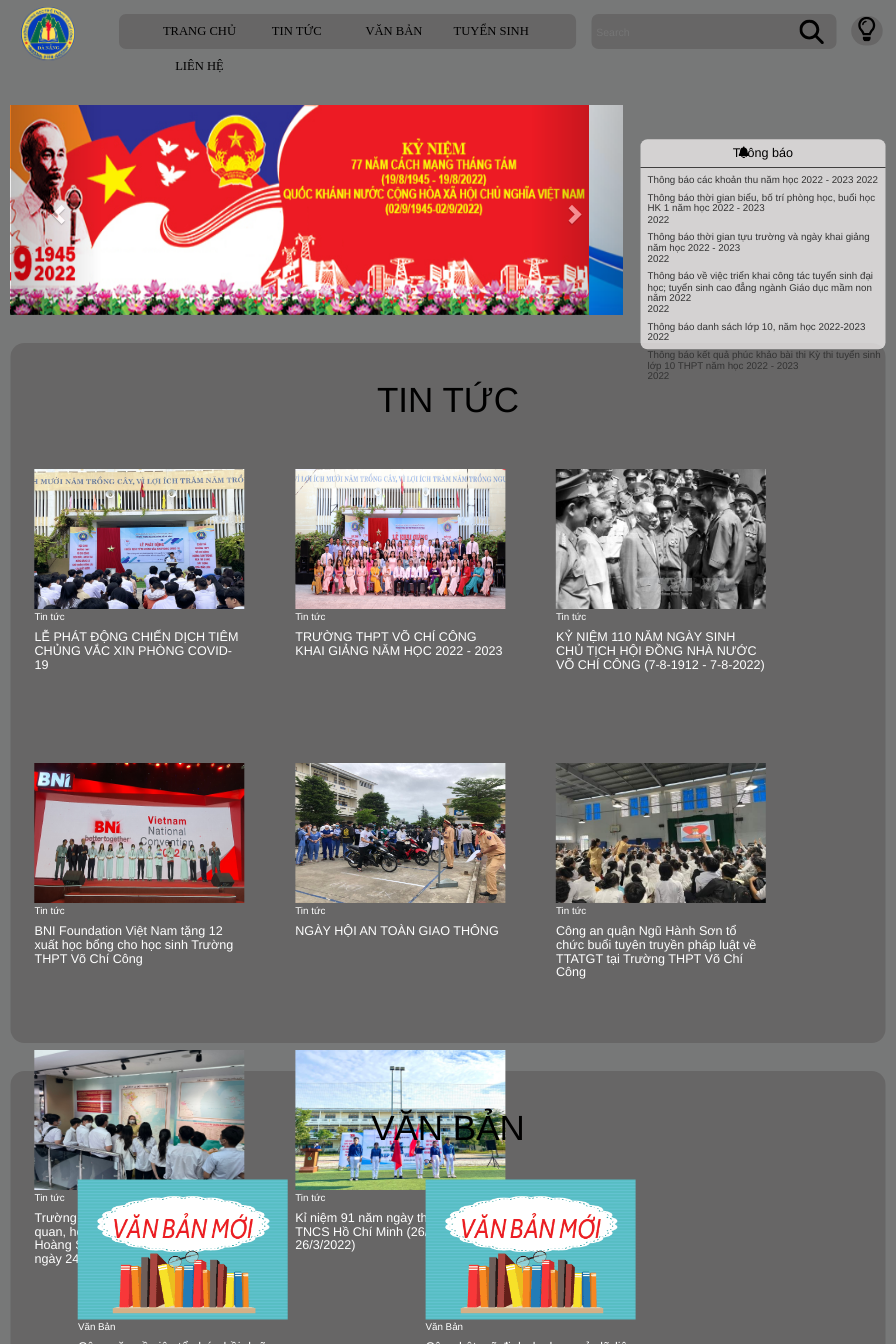
Repository: dphasst17/THPTVCC
Page: index.html
These files come from the project's save history. The page is drawn as it stood at one moment and after the next save; the edit follows.
The browser window is 1280 px wide. The pictures show the part of the page from y = 0 to 1920 px (the page is 3420 px tall), at 70% of full size.

Above is the page before, as saved 2022-10-12 19:26:51.

### index.html
<!DOCTYPE html>
<html lang="en">
<head>
    <meta charset="UTF-8">
    <meta http-equiv="X-UA-Compatible" content="IE=edge">
    <meta name="viewport" content="width=device-width, initial-scale=1.0">
    <link rel="stylesheet" href="https://maxcdn.bootstrapcdn.com/bootstrap/3.4.1/css/bootstrap.min.css">
    <script src="https://ajax.googleapis.com/ajax/libs/jquery/3.6.0/jquery.min.js"></script>
    <script src="https://maxcdn.bootstrapcdn.com/bootstrap/3.4.1/js/bootstrap.min.js"></script>
    <script src="index.js"></script>
    <link rel="stylesheet" href="style.css">
    <title>Document</title>
</head>
<body>
    <header>
        <div class="logo">
            <a href="#">
                <img src="img/logo.png" alt="">
            </a>
        </div>
        <div class="nav">
            <ul>
                <li><a href="./index.html">TRANG CHỦ</a></li>
                <li><a href="./new/new.html">TIN TỨC</a></li>
                <li><a href="./document/document.html">VĂN BẢN</a></li>
                <li><a href="./admissions/admissions.html">TUYỂN SINH</a></li>
                <li><a href="#contact">LIÊN HỆ</a></li>
            </ul>
        </div>
        <div class="search">
            <input placeholder="Search" spellCheck="false"/>
            <div class="icon-search">
                <svg xmlns="http://www.w3.org/2000/svg" viewBox="0 0 512 512"><path d="M416 208c0 45.9-14.9 88.3-40 122.7L502.6 457.4c12.5 12.5 12.5 32.8 0 45.3s-32.8 12.5-45.3 0L330.7 376c-34.4 25.2-76.8 40-122.7 40C93.1 416 0 322.9 0 208S93.1 0 208 0S416 93.1 416 208zM208 352c79.5 0 144-64.5 144-144s-64.5-144-144-144S64 128.5 64 208s64.5 144 144 144z"strokeWidth="4" stroke="#fff"/></svg>
            </div>
        </div>
        <div class="user">
            <svg xmlns="http://www.w3.org/2000/svg" viewBox="0 0 448 512">
                <path d="M224 256c70.7 0 128-57.3 128-128S294.7 0 224 0S96 57.3 96 128s57.3 128 128 128zm-45.7 48C79.8 304 0 383.8 0 482.3C0 498.7 13.3 512 29.7 512H418.3c16.4 0 29.7-13.3 29.7-29.7C448 383.8 368.2 304 269.7 304H178.3z"/>
            </svg>
            <div class="user_infor">
                <a href="./login.html">Login</a>
            </div>
        </div>
        <div class="dark_mode">
            <div>
                <button id="dark">
                    <svg xmlns="http://www.w3.org/2000/svg" viewBox="0 0 384 512">
                        <path d="M272 384c9.6-31.9 29.5-59.1 49.2-86.2l0 0c5.2-7.1 10.4-14.2 15.4-21.4c19.8-28.5 31.4-63 31.4-100.3C368 78.8 289.2 0 192 0S16 78.8 16 176c0 37.3 11.6 71.9 31.4 100.3c5 7.2 10.2 14.3 15.4 21.4l0 0c19.8 27.1 39.7 54.4 49.2 86.2H272zM192 512c44.2 0 80-35.8 80-80V416H112v16c0 44.2 35.8 80 80 80zM112 176c0 8.8-7.2 16-16 16s-16-7.2-16-16c0-61.9 50.1-112 112-112c8.8 0 16 7.2 16 16s-7.2 16-16 16c-44.2 0-80 35.8-80 80z"/>
                    </svg>
                </button>
            </div>
            <div>
                <button id="light">
                    <svg xmlns="http://www.w3.org/2000/svg" viewBox="0 0 384 512">
                        <path d="M112.1 454.3c0 6.297 1.816 12.44 5.284 17.69l17.14 25.69c5.25 7.875 17.17 14.28 26.64 14.28h61.67c9.438 0 21.36-6.401 26.61-14.28l17.08-25.68c2.938-4.438 5.348-12.37 5.348-17.7L272 415.1h-160L112.1 454.3zM192 0C90.02 .3203 16 82.97 16 175.1c0 44.38 16.44 84.84 43.56 115.8c16.53 18.84 42.34 58.23 52.22 91.45c.0313 .25 .0938 .5166 .125 .7823h160.2c.0313-.2656 .0938-.5166 .125-.7823c9.875-33.22 35.69-72.61 52.22-91.45C351.6 260.8 368 220.4 368 175.1C368 78.8 289.2 .0039 192 0zM288.4 260.1c-15.66 17.85-35.04 46.3-49.05 75.89h-94.61c-14.01-29.59-33.39-58.04-49.04-75.88C75.24 236.8 64 206.1 64 175.1C64 113.3 112.1 48.25 191.1 48C262.6 48 320 105.4 320 175.1C320 206.1 308.8 236.8 288.4 260.1zM176 80C131.9 80 96 115.9 96 160c0 8.844 7.156 16 16 16S128 168.8 128 160c0-26.47 21.53-48 48-48c8.844 0 16-7.148 16-15.99S184.8 80 176 80z"/>
                    </svg>
                </button>
            </div>
        </div>
    </header>
    <div class="container">
        <div id="myCarousel" class="carousel slide" data-ride="carousel">
            <!-- Indicators -->
            <ol class="carousel-indicators">
              <li data-target="#myCarousel" data-slide-to="0" class="active"></li>
              <li data-target="#myCarousel" data-slide-to="1"></li>
              <li data-target="#myCarousel" data-slide-to="2"></li>
            </ol>

            <!-- Wrapper for slides -->
            <div class="carousel-inner">
              <div class="item active">
                <img src="img/1.png" alt="Los Angeles" style="width:100%;height:300px;">
              </div>

              <div class="item">
                <img src="img/2.png" alt="Chicago" style="width:100%;height:300px;">
              </div>

              <div class="item">
                <img src="img/3.gif" alt="New york" style="width:100%;height:300px;">
              </div>
            </div>

            <!-- Left and right controls -->
            <a class="left carousel-control" href="#myCarousel" data-slide="prev">
              <span class="glyphicon glyphicon-chevron-left"></span>
              <span class="sr-only">Previous</span>
            </a>
            <a class="right carousel-control" href="#myCarousel" data-slide="next">
              <span class="glyphicon glyphicon-chevron-right"></span>
              <span class="sr-only">Next</span>
            </a>
        </div>
        <div class="notification">
            <svg xmlns="http://www.w3.org/2000/svg" viewBox="0 0 448 512"><path d="M224 0c-17.7 0-32 14.3-32 32V51.2C119 66 64 130.6 64 208v18.8c0 47-17.3 92.4-48.5 127.6l-7.4 8.3c-8.4 9.4-10.4 22.9-5.3 34.4S19.4 416 32 416H416c12.6 0 24-7.4 29.2-18.9s3.1-25-5.3-34.4l-7.4-8.3C401.3 319.2 384 273.9 384 226.8V208c0-77.4-55-142-128-156.8V32c0-17.7-14.3-32-32-32zm45.3 493.3c12-12 18.7-28.3 18.7-45.3H224 160c0 17 6.7 33.3 18.7 45.3s28.3 18.7 45.3 18.7s33.3-6.7 45.3-18.7z"/></svg>
            <h4 style="text-align:center;color:#000;">Thông báo</h4><hr style="margin:0;border-top: 1px solid #000;">
            <div class="noti_content">
                <h5>Thông báo các khoản thu năm học 2022 - 2023
                    <h7>2022</h7>
                </h5>
                <h5>Thông báo thời gian biểu, bố trí phòng học, buổi học HK 1 năm học 2022 - 2023
                    <br><p>2022</p>
                </h5>
                <h5>Thông báo thời gian tựu trường và ngày khai giảng năm học 2022 - 2023
                    <br><p>2022</p>
                </h5>
                <h5>Thông báo về việc triển khai công tác tuyển sinh đại học; tuyển sinh cao đẳng ngành Giáo dục mầm non năm 2022
                    <br><p>2022</p>
                </h5>
                <h5>Thông báo danh sách lớp 10, năm học 2022-2023
                    <br><p>2022</p>
                </h5>
                <h5>Thông báo kết quả phúc khảo bài thi Kỳ thi tuyển sinh lớp 10 THPT năm học 2022 - 2023
                    <br><p>2022</p>
                </h5>
            </div>
        </div>
        <div id="new" class="new">
            <h1><br/>TIN TỨC</h1>
            <div class="new_container">
                <img src="img/tintuc/1.jpg" alt="">
                <a>Tin tức</a>
                <h4>LỄ PHÁT ĐỘNG CHIẾN DỊCH TIÊM CHỦNG VẮC XIN PHÒNG COVID-19</h4>
            </div>

            <div class="new_container">
                <img src="img/tintuc/2.jpg" alt="">
                <a>Tin tức</a>
                <h4>TRƯỜNG THPT VÕ CHÍ CÔNG KHAI GIẢNG NĂM HỌC 2022 - 2023</h4>
            </div>

            <div class="new_container">
                <img src="img/tintuc/3.jpg" alt="">
                <a>Tin tức</a>
                <h4>KỶ NIỆM 110 NĂM NGÀY SINH CHỦ TỊCH HỘI ĐỒNG NHÀ NƯỚC VÕ CHÍ CÔNG (7-8-1912 - 7-8-2022)</h4>
            </div>

            <div class="new_container">
                <img src="img/tintuc/5.jpg" alt="">
                <a>Tin tức</a>
                <h4>BNI Foundation Việt Nam tặng 12 xuất học bổng cho học sinh Trường THPT Võ Chí Công</h4>
            </div>

            <div class="new_container">
                <img src="img/tintuc/4.jpg" alt="">
                <a>Tin tức</a>
                <h4>NGÀY HỘI AN TOÀN GIAO THÔNG</h4>
            </div>

            <div class="new_container">
                <img src="img/tintuc/6.jpg" alt="">
                <a>Tin tức</a>
                <h4>Công an quận Ngũ Hành Sơn tổ chức buổi tuyên truyền pháp luật về TTATGT tại Trường THPT Võ Chí Công</h4>
            </div>

            <div class="new_container">
                <img src="img/tintuc/7.jpg" alt="">
                <a>Tin tức</a>
                <h4>Trường THPT Võ Chí Công tham quan, học tập tại nhà trưng bày Hoàng Sa và Bảo tàng Chăm vào ngày 24/4/2022.</h4>
            </div>

            <div class="new_container">
                <img src="img/tintuc/8.jpg" alt="">
                <a>Tin tức</a>
                <h4>Kỉ niệm 91 năm ngày thành lập Đoàn TNCS Hồ Chí Minh (26/3/1931-26/3/2022)</h4>
            </div>

        </div>
        <div id="document" class="document">
            <h1><br/>VĂN BẢN</h1>
            <div class="document_container">
                <img src="img/document/document.png" alt="">
                <a>Văn Bản</a>
                <h4>Công văn về việc tổ chức bồi dưỡng giáo viên sử dụng sách giáo khoa lớp 7, lớp 10 năm học 2022-2023</h4>
            </div>

            <div class="document_container">
                <img src="img/document/document.png" alt="">
                <a>Văn Bản</a>
                <h4>Cập nhật mã định danh cơ sở dữ liệu ngành giáo dục phổ thông đảm bảo sự đồng bộ giữa TEMIS và LMS</h4>
            </div>

            <div class="document_container">
                <img src="img/document/document.png" alt="">
                <a>Văn Bản</a>
                <h4>Kế hoạch dạy học trực tuyến cho học sinh (F0, F1 và có yếu tố dịch tễ)</h4>
            </div>

            <div class="document_container">
                <img src="img/document/document.png" alt="">
                <a>Văn Bản</a>
                <h4>Kế hoạch phòng, chống dịch Covid-19 và phương án xử trí khi có trường hợp mắc Covid-19 tiếp theo</h4>
            </div>

            <div class="document_container">
                <img src="img/document/document.png" alt="">
                <a>Văn Bản</a>
                <h4>Quyết định về việc điều chỉnh phân bổ dự toán chi ngân sách nhà nước năm 2021</h4>
            </div>

            <div class="document_container">
                <img src="img/document/document.png" alt="">
                <a>Văn Bản</a>
                <h4>Thông báo thời gian biểu dạy học trực tuyến từ ngày 22-11-2021 đến hết ngày 27-11-2021</h4>
            </div>

        </div>
        <div id="admissions" class="admissions">
            <h1><br/>TUYỂN SINH</h1>
            <div class="admissions_container">
                <img src="img/tuyensinh/62bd6eef82783.png" alt="">
                <a>Tuyển sinh</a>
                <h4>THÍ SINH ĐỦ ĐIỂM CHUẨN VÀO TRƯỜNG THPT VÕ CHÍ CÔNG</h4>
            </div>

            <div class="admissions_container">
                <img src="img/tuyensinh/62bd721661331.png" alt="">
                <a>Tuyển sinh</a>
                <h4>Phiếu đăng kí nhập học vào Trường THPT Võ Chí Công năm học 2022-2023</h4>
            </div>

            <div class="admissions_container">
                <img src="img/tuyensinh/62105906d7bc2.png" alt="">
                <a>Tuyển sinh</a>
                <h4>Kế hoạch triển khai thực hiện Chương trình Giáo dục phổ thông năm 2018 đối với lớp 10, năm học 2022 - 2023</h4>
            </div>

            <div class="admissions_container">
                <img src="img/tuyensinh/611cfe00cd3bf.jpg" alt="">
                <a>Tuyển sinh</a>
                <h4>Kế hoạch thu nhận hồ sơ nhập học năm học 2022 - 2023</h4>
            </div>

        </div>
    </div>
    <div id="contact" class="contact">
        <p>Trường THPT Võ Chí Công</p>
        <div class="contact_container">
            <div class="svg">
                <svg xmlns="http://www.w3.org/2000/svg" viewBox="0 0 512 512">
                    <path d="M504 256C504 119 393 8 256 8S8 119 8 256c0 123.78 90.69 226.38 209.25 245V327.69h-63V256h63v-54.64c0-62.15 37-96.48 93.67-96.48 27.14 0 55.52 4.84 55.52 4.84v61h-31.28c-30.8 0-40.41 19.12-40.41 38.73V256h68.78l-11 71.69h-57.78V501C413.31 482.38 504 379.78 504 256z"/></svg>
                    <a href="https://www.facebook.com/TrgVCC">https://www.facebook.com/TrgVCC</a>
            </div>
        </div>
        <div class="contact_container">
            <div class="svg">
                <svg xmlns="http://www.w3.org/2000/svg" viewBox="0 0 512 512">
                    <path d="M164.9 24.6c-7.7-18.6-28-28.5-47.4-23.2l-88 24C12.1 30.2 0 46 0 64C0 311.4 200.6 512 448 512c18 0 33.8-12.1 38.6-29.5l24-88c5.3-19.4-4.6-39.7-23.2-47.4l-96-40c-16.3-6.8-35.2-2.1-46.3 11.6L304.7 368C234.3 334.7 177.3 277.7 144 207.3L193.3 167c13.7-11.2 18.4-30 11.6-46.3l-40-96z"/></svg>
                    <a>(0236) 3861555 - (0236) 3861777</a>
            </div>
        </div>
        <div class="contact_container">
            <div class="svg">
                <svg xmlns="http://www.w3.org/2000/svg" viewBox="0 0 512 512">
                    <path d="M48 64C21.5 64 0 85.5 0 112c0 15.1 7.1 29.3 19.2 38.4L236.8 313.6c11.4 8.5 27 8.5 38.4 0L492.8 150.4c12.1-9.1 19.2-23.3 19.2-38.4c0-26.5-21.5-48-48-48H48zM0 176V384c0 35.3 28.7 64 64 64H448c35.3 0 64-28.7 64-64V176L294.4 339.2c-22.8 17.1-54 17.1-76.8 0L0 176z"/></svg>
                    <a>thptvochicong@danang.gov.vn</a>
            </div>
        </div>
        <div class="contact_container">
            <div class="svg">
                <svg xmlns="http://www.w3.org/2000/svg" viewBox="0 0 384 512">
                    <path d="M215.7 499.2C267 435 384 279.4 384 192C384 86 298 0 192 0S0 86 0 192c0 87.4 117 243 168.3 307.2c12.3 15.3 35.1 15.3 47.4 0zM192 256c-35.3 0-64-28.7-64-64s28.7-64 64-64s64 28.7 64 64s-28.7 64-64 64z"/></svg>
                    <a>93 Cao Hồng Lãnh - Quận Ngũ Hành Sơn - Thành phố Đà Nẵng</a>
            </div>
        </div>
        <h3 style="color:white;margin-left:140px;margin-top:50px;font-size:15px;">Bản quyền ©2022 thuộc Trần Đình Phát</h3>
    </div>
</body>
</html>

### index.js
$(document).ready(function(){
    $('.user').click(function(){
        $('.user_infor').fadeToggle('user_info')
    })
})

/* Dark - Light mode */
$(document).ready(function(){
	$('#dark').click(function(){
    	$('body').css("background-color","rgb(119, 120, 120)")
        $('.nav').css("background-color","rgb(103, 102, 102)")
        $('.search').css("background-color","rgb(103, 102, 102)")
        $('.search>input').css("background-color","rgb(103, 102, 102)")
        $('.user').css("background-color","rgb(103, 102, 102)")
        $('#new').css("background-color","rgb(103, 102, 102)")
        $('#document').css("background-color","rgb(103, 102, 102)")
        $('#admissions').css("background-color","rgb(103, 102, 102)")
        $('h4').css("color","white")
        $('#dark').css("display","none")
        $('#light').css("display","block")
    });
    $('#light').click(function(){
    	$('body').css("background-color","rgb(225, 228, 228)")
        $('.nav').css("background-color","rgb(196, 193, 193)")
        $('.search').css("background-color","rgb(196, 193, 193)")
        $('.search>input').css("background-color","rgb(196, 193, 193)")
        $('.user').css("background-color","rgb(196, 193, 193)")
        $('#new').css("background-color","rgb(196, 193, 193)")
        $('#document').css("background-color","rgb(196, 193, 193)")
        $('#admissions').css("background-color","rgb(196, 193, 193)")
        $('h4').css("color","black")
        $('#light').css("display","none")
        $('#dark').css("display","block")
        $('#dark').css("background-color","rgb(196, 193, 193)")

    })
})

### style.css
html{
    scroll-behavior: smooth;
}
body{
    margin:0;
    text-decoration:none;
    background-color:rgb(119, 120, 120);
}
header{
    width:100%;
    height:100px;
    top:0;
    left:0;
    right:0;
    position:relative;
    z-index: 111;
}
.logo img{
    width:6%;
    margin:10px 30px;
    position:absolute;
}
.nav{
    position:absolute;
    width:51%;
    height:50px;
    background-color:rgb(103, 102, 102);
    border-radius:10px;
    margin:20px 170px;
}
.nav ul li{
    display:inline-block;
    width:120px;
    margin-left:15px;
    text-decoration:none;
    line-height: 44px;
    text-align:center;
}
.nav a{
    font-family: "Times New Roman", Times, serif;
    display:block;
    width:120px;
    height:50px;
    text-decoration:none;
    font-size:18px;
    color:black;
    line-height: 48px;
}
.search{
    width: 350px;
    height: 50px;
    position: absolute;
    background-color: rgb(103, 102, 102);
    margin-left: 66%;
    margin-top:20px;
    border-radius: 10px;
}
.search input{
    width:340px;
    height:40px;
    margin:5px;
    border-style:none;
    background-color:rgb(103, 102, 102);
    color:#fff;
    outline: none;
    font-size:15px;
}
.icon-search{
    position: absolute;
    background-color: transparent;
    border: 0 none;
    width: 10%;
    margin: -12% 85%;
}
.user{
    width:50px;
    height:50px;
    float:right;
    margin:20px 90px;
    border-radius:50px;
    background-color:rgb(103, 102, 102);
}
.user svg{
    width: 60%;
    margin: 5px 10px;
}
.user a{
    color:tan;
    text-decoration:none;
}
.user_infor{
    display:none;
    width:100px;
    height:100px;
    background-color: rgb(103, 102, 102);
    border-radius:10px;
    margin: 10px -25px;
    text-align:center;
}
.user_infor button{
    border:none;
    background-color:rgb(103, 102, 102);
}

#dark{
    width:45px;
    position:absolute;
    border:none;
    background-color:rgb(103, 102, 102);
    display:none;
    margin-top:23px;
    margin-left:95%;
    border-radius:50px;
}
#light{
    width:45px;
    position:absolute;
    border:none;
    background-color:rgb(103, 102, 102);
    display:block;
    margin-top:23px;
    margin-left:95%;
    border-radius:50px;
}
#dark svg{
    width:80%;
}
#light svg{
    width:80%;
}

/* main Page */
.container{
    width:100%;
    height:auto;
    margin:50px 0;
}
.carousel {
    position: relative;
    width: 70%;
}
.notification{
    width:28%;
    height:300px;
    float:right;
    border-radius:10px;
    margin-top:-20.1%;
    background: #f4f2f2bd;
}
.notification svg{
    position:absolute;
    width:15px;
    margin: 10px 140px;
}
.noti_content h5{
    margin-left:10px;
}
.noti_content h8{
    position:absolute;
    font-size:10px;
    margin-top:10px;

}
.new{
    width:100%;
    height:1000px;
    background-color:rgb(103, 102, 102);
    margin-top:40px;
    border-radius:20px;
}
h1{
    color:black;
    text-align:center;
    font-size:50px;
}
.new_container{
    width:300px;
    height:350px;
    display:inline-flex;
    margin:25px 34.3px;
    flex-wrap: wrap;
    align-content: center;
}
.new_container img{
    width:300px;
    height:200px;
}
.new_container h4{
    color:#fff;
}
.new_container a{
    color:#fff;
    text-decoration:none;
}
.document{
    width:100%;
    height:900px;
    background-color:rgb(103, 102, 102);
    margin-top:40px;
    border-radius:20px;
}
.document img{
    width:300px;
    height:200px;
}
.document_container{
    width:300px;
    height:350px;
    display:inline-flex;
    margin: 10px 96.3px;
    flex-wrap: wrap;
    align-content: center;
}
.document_container h4{
    color:#fff;
}
.document_container a{
    color:#fff;
    text-decoration:none;
}
.admissions{
    width:100%;
    height:500px;
    background-color:rgb(103, 102, 102);
    margin-top:40px;
    border-radius:20px;
}
.admissions_container{
    width:300px;
    height:150px;
    display:inline-flex;
    margin: 70px 34px;
    flex-wrap: wrap;
    align-content: center;
}
.admissions_container img{
    width:300px;
    height:150px;
}
.admissions_container a{
    color:#fff;
    text-decoration:none;
}
.admissions_container h4{
    color:#fff;
}
.contact{
    width:100%;
    height:400px;
    background-color:rgb(64, 63, 63);
}
.contact h4{
    position:absolute;
    color:#fff;
    margin:50px 140px;
}
.contact p{
    color:#fff;
    text-align:center;
    font-size:30px;
}
.contact_container{
    display:inline-flex;
    width:90%;
    height:15%;
    margin-left:70px;
}
.svg {
    display:flex;
    position:absolute;
    width:80%;
    margin-top:30px;
}
.svg a{
    font-size: 20px;
    margin-left:50px;
    margin-top:10px;
    color:#fff;
}
.svg svg{
    width:2%;
}

After the next save:
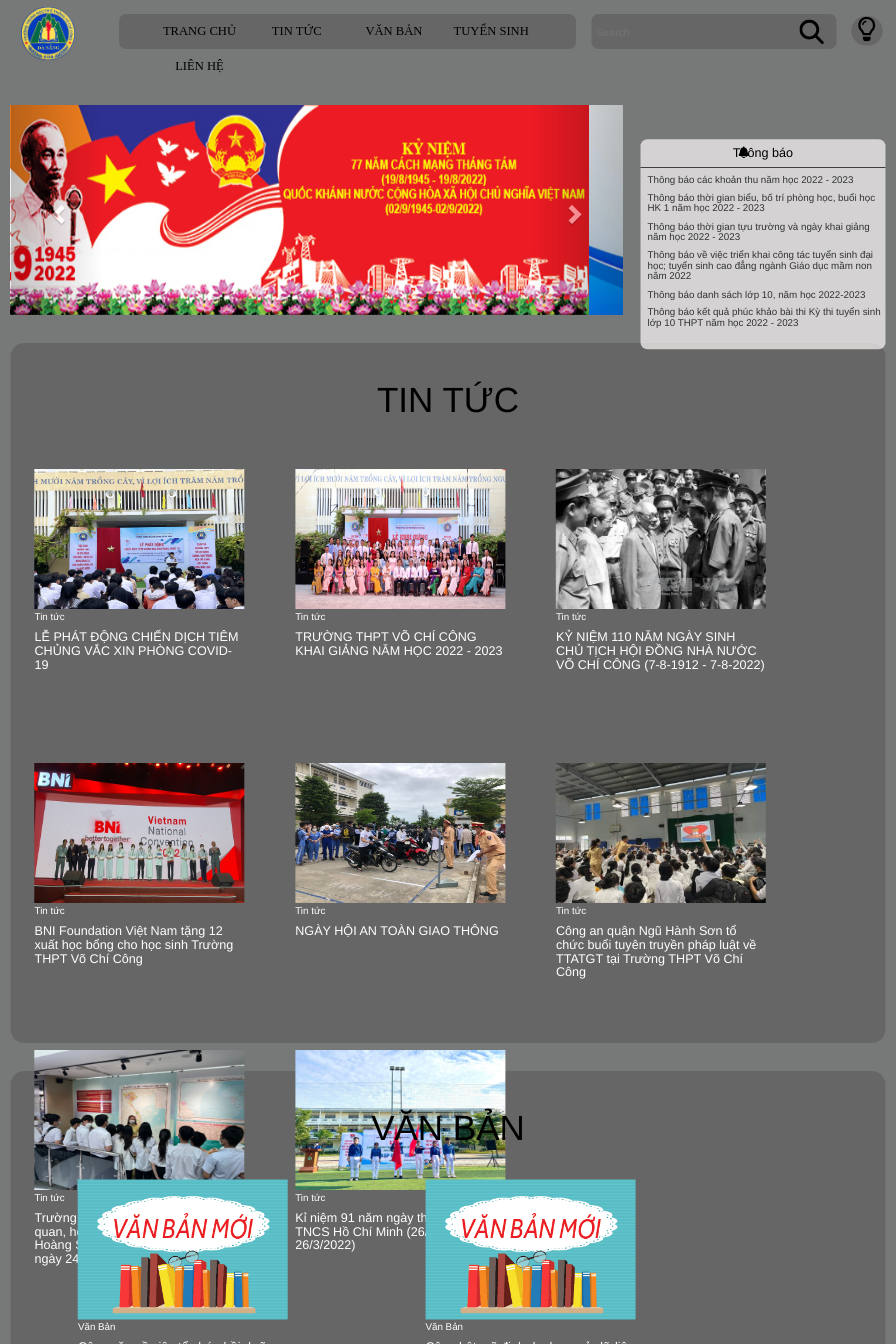
Saved 22 s later.
--- a/index.html
+++ b/index.html
@@ -97,22 +97,22 @@
             <h4 style="text-align:center;color:#000;">Thông báo</h4><hr style="margin:0;border-top: 1px solid #000;">
             <div class="noti_content">
                 <h5>Thông báo các khoản thu năm học 2022 - 2023
-                    <h7>2022</h7>
+
                 </h5>
                 <h5>Thông báo thời gian biểu, bố trí phòng học, buổi học HK 1 năm học 2022 - 2023
-                    <br><p>2022</p>
+
                 </h5>
                 <h5>Thông báo thời gian tựu trường và ngày khai giảng năm học 2022 - 2023
-                    <br><p>2022</p>
+
                 </h5>
                 <h5>Thông báo về việc triển khai công tác tuyển sinh đại học; tuyển sinh cao đẳng ngành Giáo dục mầm non năm 2022
-                    <br><p>2022</p>
+
                 </h5>
                 <h5>Thông báo danh sách lớp 10, năm học 2022-2023
-                    <br><p>2022</p>
+
                 </h5>
                 <h5>Thông báo kết quả phúc khảo bài thi Kỳ thi tuyển sinh lớp 10 THPT năm học 2022 - 2023
-                    <br><p>2022</p>
+
                 </h5>
             </div>
         </div>
